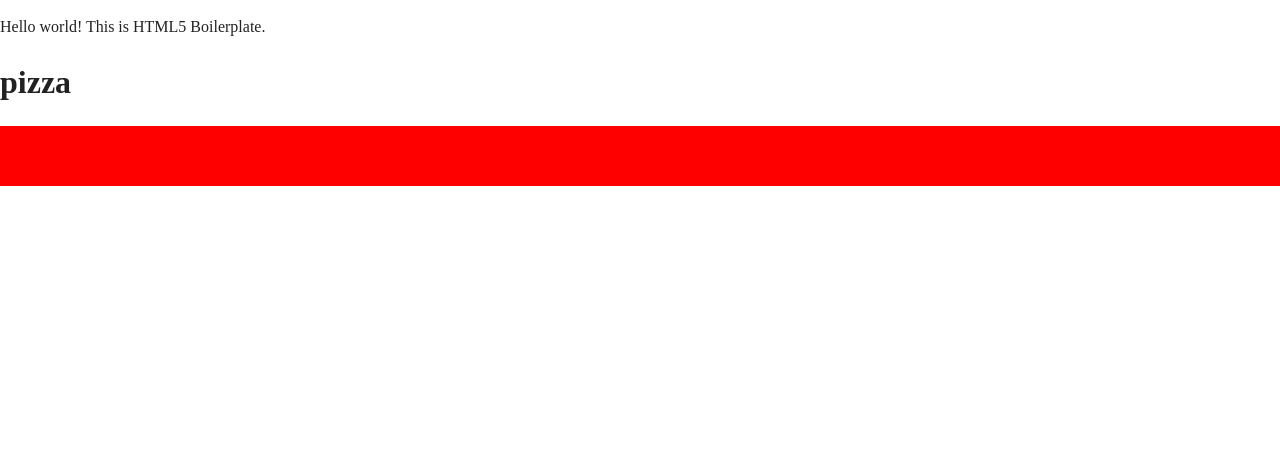
Repository: sierralaurent/MDIA2003-LAB03
Page: LAB03/index.html
The author's editor kept a copy of each file at every save. The page is drawn from the files as they stood at one save, then again after the next save.
The browser window is 1280 px wide. The pictures show the whole page.

Above is the page before, as saved 2023-01-17 09:18:58.

### LAB03/index.html
<!doctype html>
<html class="no-js" lang="">

<head>
  <meta charset="utf-8">
  <title></title>
  <meta name="description" content="">
  <meta name="viewport" content="width=device-width, initial-scale=1">

  <meta property="og:title" content="">
  <meta property="og:type" content="">
  <meta property="og:url" content="">
  <meta property="og:image" content="">

  <link rel="manifest" href="site.webmanifest">
  <link rel="apple-touch-icon" href="icon.png">
  <!-- Place favicon.ico in the root directory -->

  <link rel="stylesheet" href="css/normalize.css">
  <link rel="stylesheet" href="css/main.css">

  <meta name="theme-color" content="#fafafa">
</head>
<style>
  div {
    border: 10px, solid, red;
  }
</style>
<body>

  <!-- Add your site or application content here -->
  <p>Hello world! This is HTML5 Boilerplate.</p>
  <h1>pizza</h1>
  <script src="js/vendor/modernizr-3.11.2.min.js"></script>
  <script src="js/plugins.js"></script>
  <script src="js/main.js"></script>
  <div class="parent">
    <div>
      <div>

      </div>
    </div>
  </div>

  <!-- Google Analytics: change UA-XXXXX-Y to be your site's ID. -->
  <script>
    window.ga = function () { ga.q.push(arguments) }; ga.q = []; ga.l = +new Date;
    ga('create', 'UA-XXXXX-Y', 'auto'); ga('set', 'anonymizeIp', true); ga('set', 'transport', 'beacon'); ga('send', 'pageview')
  </script>
  <script src="https://www.google-analytics.com/analytics.js" async></script>
</body>

</html>

### LAB03/css/main.css
/*! HTML5 Boilerplate v8.0.0 | MIT License | https://html5boilerplate.com/ */

/* main.css 2.1.0 | MIT License | https://github.com/h5bp/main.css#readme */
/*
 * What follows is the result of much research on cross-browser styling.
 * Credit left inline and big thanks to Nicolas Gallagher, Jonathan Neal,
 * Kroc Camen, and the H5BP dev community and team.
 */

/* ==========================================================================
   Base styles: opinionated defaults
   ========================================================================== */

html {
  color: #222;
  font-size: 1em;
  line-height: 1.4;
}

/*
 * Remove text-shadow in selection highlight:
 * https://twitter.com/miketaylr/status/12228805301
 *
 * Vendor-prefixed and regular ::selection selectors cannot be combined:
 * https://stackoverflow.com/a/16982510/7133471
 *
 * Customize the background color to match your design.
 */

::-moz-selection {
  background: #b3d4fc;
  text-shadow: none;
}

::selection {
  background: #b3d4fc;
  text-shadow: none;
}

/*
 * A better looking default horizontal rule
 */

hr {
  display: block;
  height: 1px;
  border: 0;
  border-top: 1px solid #ccc;
  margin: 1em 0;
  padding: 0;
}

/*
 * Remove the gap between audio, canvas, iframes,
 * images, videos and the bottom of their containers:
 * https://github.com/h5bp/html5-boilerplate/issues/440
 */

audio,
canvas,
iframe,
img,
svg,
video {
  vertical-align: middle;
}

/*
 * Remove default fieldset styles.
 */

fieldset {
  border: 0;
  margin: 0;
  padding: 0;
}

/*
 * Allow only vertical resizing of textareas.
 */

textarea {
  resize: vertical;
}

/* ==========================================================================
   Author's custom styles
   ========================================================================== */

/* ==========================================================================
   Helper classes
   ========================================================================== */

/*
 * Hide visually and from screen readers
 */

.hidden,
[hidden] {
  display: none !important;
}

/*
 * Hide only visually, but have it available for screen readers:
 * https://snook.ca/archives/html_and_css/hiding-content-for-accessibility
 *
 * 1. For long content, line feeds are not interpreted as spaces and small width
 *    causes content to wrap 1 word per line:
 *    https://medium.com/@jessebeach/beware-smushed-off-screen-accessible-text-5952a4c2cbfe
 */

.sr-only {
  border: 0;
  clip: rect(0, 0, 0, 0);
  height: 1px;
  margin: -1px;
  overflow: hidden;
  padding: 0;
  position: absolute;
  white-space: nowrap;
  width: 1px;
  /* 1 */
}

/*
 * Extends the .sr-only class to allow the element
 * to be focusable when navigated to via the keyboard:
 * https://www.drupal.org/node/897638
 */

.sr-only.focusable:active,
.sr-only.focusable:focus {
  clip: auto;
  height: auto;
  margin: 0;
  overflow: visible;
  position: static;
  white-space: inherit;
  width: auto;
}

/*
 * Hide visually and from screen readers, but maintain layout
 */

.invisible {
  visibility: hidden;
}

/*
 * Clearfix: contain floats
 *
 * For modern browsers
 * 1. The space content is one way to avoid an Opera bug when the
 *    `contenteditable` attribute is included anywhere else in the document.
 *    Otherwise it causes space to appear at the top and bottom of elements
 *    that receive the `clearfix` class.
 * 2. The use of `table` rather than `block` is only necessary if using
 *    `:before` to contain the top-margins of child elements.
 */

.clearfix::before,
.clearfix::after {
  content: " ";
  display: table;
}

.clearfix::after {
  clear: both;
}

/* ==========================================================================
   EXAMPLE Media Queries for Responsive Design.
   These examples override the primary ('mobile first') styles.
   Modify as content requires.
   ========================================================================== */

@media only screen and (min-width: 35em) {
  /* Style adjustments for viewports that meet the condition */
}

@media print,
  (-webkit-min-device-pixel-ratio: 1.25),
  (min-resolution: 1.25dppx),
  (min-resolution: 120dpi) {
  /* Style adjustments for high resolution devices */
}

/* ==========================================================================
   Print styles.
   Inlined to avoid the additional HTTP request:
   https://www.phpied.com/delay-loading-your-print-css/
   ========================================================================== */

@media print {
  *,
  *::before,
  *::after {
    background: #fff !important;
    color: #000 !important;
    /* Black prints faster */
    box-shadow: none !important;
    text-shadow: none !important;
  }

  a,
  a:visited {
    text-decoration: underline;
  }

  a[href]::after {
    content: " (" attr(href) ")";
  }

  abbr[title]::after {
    content: " (" attr(title) ")";
  }

  /*
   * Don't show links that are fragment identifiers,
   * or use the `javascript:` pseudo protocol
   */
  a[href^="#"]::after,
  a[href^="javascript:"]::after {
    content: "";
  }

  pre {
    white-space: pre-wrap !important;
  }

  pre,
  blockquote {
    border: 1px solid #999;
    page-break-inside: avoid;
  }

  /*
   * Printing Tables:
   * https://web.archive.org/web/20180815150934/http://css-discuss.incutio.com/wiki/Printing_Tables
   */
  thead {
    display: table-header-group;
  }

  tr,
  img {
    page-break-inside: avoid;
  }

  p,
  h2,
  h3 {
    orphans: 3;
    widows: 3;
  }

  h2,
  h3 {
    page-break-after: avoid;
  }
}

### LAB03/js/plugins.js
// Avoid `console` errors in browsers that lack a console.
(function() {
  var method;
  var noop = function () {};
  var methods = [
    'assert', 'clear', 'count', 'debug', 'dir', 'dirxml', 'error',
    'exception', 'group', 'groupCollapsed', 'groupEnd', 'info', 'log',
    'markTimeline', 'profile', 'profileEnd', 'table', 'time', 'timeEnd',
    'timeline', 'timelineEnd', 'timeStamp', 'trace', 'warn'
  ];
  var length = methods.length;
  var console = (window.console = window.console || {});

  while (length--) {
    method = methods[length];

    // Only stub undefined methods.
    if (!console[method]) {
      console[method] = noop;
    }
  }
}());

// Place any jQuery/helper plugins in here.

Loaded but not shown: LAB03/css/normalize.css (library); LAB03/js/vendor/modernizr-3.11.2.min.js (library); LAB03/js/main.js (no stored copy; drawn as an empty file)

After the next save:
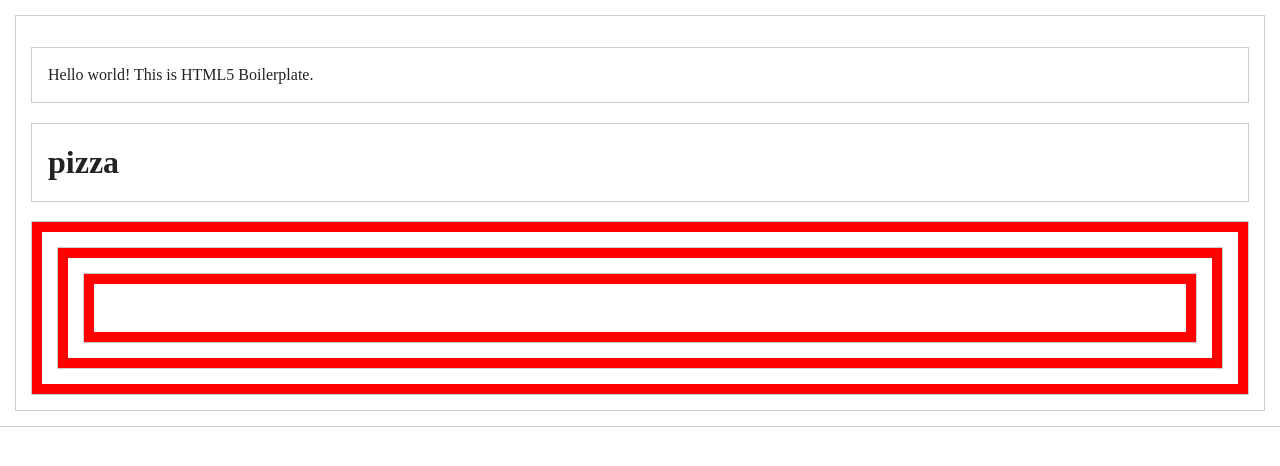
Saved 2 min 27 s later.
--- a/LAB03/css/main.css
+++ b/LAB03/css/main.css
@@ -16,6 +16,11 @@ html {
   font-size: 1em;
   line-height: 1.4;
 }
+* {
+    outline: 1px solid #ccc;
+    padding: 1rem;
+    min-height: 1rem;
+}
 
 /*
  * Remove text-shadow in selection highlight:
@@ -36,6 +41,7 @@ html {
   background: #b3d4fc;
   text-shadow: none;
 }
+
 
 /*
  * A better looking default horizontal rule
